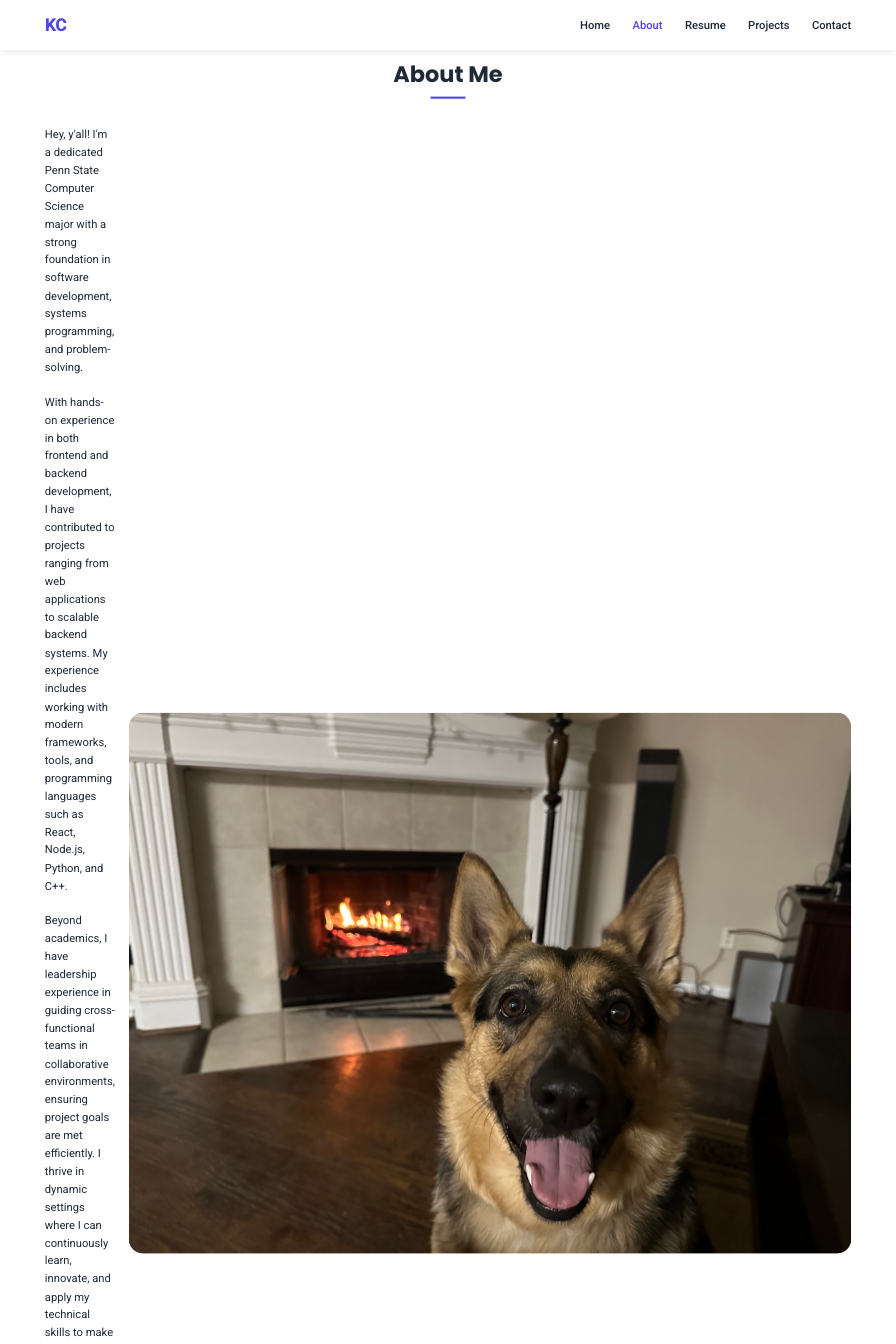
Repository: itskevbo/E-Portfolio
Page: pages/about.html
The author's editor kept a copy of each file at every save. The page is drawn from the files as they stood at one save, then again after the next save.
The browser window is 1280 px wide. The pictures show the part of the page from y = 0 to 1920 px (the page is 3343 px tall before and 1372 px after), at 70% of full size.

Above is the page before, as saved 2025-04-22 22:47:27.

### pages/about.html
<!DOCTYPE html>
<html lang="en">
<head>
    <meta charset="UTF-8">
    <meta name="viewport" content="width=device-width, initial-scale=1.0">
    <title>Kevin Cai | About Me</title>
    <meta name="description" content="Learn more about Kevin Cai and his background">

    <!-- Favicon -->
    <link rel="icon" href="../assets/images/favicon.ico">

    <!-- CSS -->
    <link rel="stylesheet" href="../styles/main.css">

    <!-- Google Fonts -->
    <link rel="preconnect" href="https://fonts.googleapis.com">
    <link rel="preconnect" href="https://fonts.gstatic.com" crossorigin>
    <link href="https://fonts.googleapis.com/css2?family=Poppins:wght@300;400;500;700&family=Roboto:wght@400;500&display=swap" rel="stylesheet">
</head>
<body>
    <!-- Header Component -->
    <header class="header" id="header">
        <div class="container">
            <div class="header__logo">
                <a href="../index.html" class="logo">KC</a>
            </div>

            <nav class="header__nav" id="nav-menu">
                <ul class="header__nav-list">
                    <li class="header__nav-item"><a href="../index.html" class="header__nav-link">Home</a></li>
                    <li class="header__nav-item"><a href="about.html" class="header__nav-link active">About</a></li>
                    <li class="header__nav-item"><a href="resume.html" class="header__nav-link">Resume</a></li>
                    <li class="header__nav-item"><a href="projects.html" class="header__nav-link">Projects</a></li>
                    <li class="header__nav-item"><a href="contact.html" class="header__nav-link">Contact</a></li>
                </ul>

                <div class="header__nav-toggle" id="nav-toggle">
                    <span></span>
                    <span></span>
                    <span></span>
                </div>
            </nav>
        </div>
    </header>

    <main>
        <!-- About Section Component -->
        <section class="about section" id="about">
            <div class="container">
            <h2 class="section__title">About Me</h2>
            <div class="about__content" style="display: flex; align-items: center; gap: 20px;">
                <div class="about__text" style="flex: 0;">
                <p>Hey, y'all! I'm a dedicated Penn State Computer Science major with a strong foundation in software development, systems programming, and problem-solving.</p>
                <p>With hands-on experience in both frontend and backend development, I have contributed to projects ranging from web applications to scalable backend systems. My experience includes working with modern frameworks, tools, and programming languages such as React, Node.js, Python, and C++.</p>
                <p>Beyond academics, I have leadership experience in guiding cross-functional teams in collaborative environments, ensuring project goals are met efficiently. I thrive in dynamic settings where I can continuously learn, innovate, and apply my technical skills to make a meaningful difference.</p>
                <p>In my free time, I enjoy exploring emerging technologies, participating in hackathons, and contributing to open-source projects. I am committed to personal and professional growth, always seeking opportunities to expand my knowledge and refine my craft.</p>
                </div>
                <div class="about__image" style="flex: 1; overflow: hidden; border-radius: 20px; display: flex; justify-content: center; align-items: center;">
                <img src="../assets/images/placeholder.jpeg" alt="About Image" class="about__image-img" style="width: 100%; height: auto; object-fit: cover; border-radius: inherit;">
                </div>
            </div>
            </div>
        </section>

        <!-- Skills Section Component -->
        <section class="skills section" id="skills">
            <div class="container">
                <h2 class="section__title">My Skills</h2>
                <div class="skills__content">
                    <div class="skills__category">
                        <h3 class="skills__category-title">Frontend</h3>
                        <div class="skills__list">
                            <div class="skill-item">
                                <span class="skill-item__name">HTML</span>
                                <div class="skill-item__bar">
                                    <div class="skill-item__progress" style="width: 90%"></div>
                                </div>
                            </div>
                            <div class="skill-item">
                                <span class="skill-item__name">CSS</span>
                                <div class="skill-item__bar">
                                    <div class="skill-item__progress" style="width: 85%"></div>
                                </div>
                            </div>
                            <div class="skill-item">
                                <span class="skill-item__name">JavaScript</span>
                                <div class="skill-item__bar">
                                    <div class="skill-item__progress" style="width: 80%"></div>
                                </div>
                            </div>
                            <div class="skill-item">
                                <span class="skill-item__name">React</span>
                                <div class="skill-item__bar">
                                    <div class="skill-item__progress" style="width: 70%"></div>
                                </div>
                            </div>
                        </div>
                    </div>

                    <div class="skills__category">
                        <h3 class="skills__category-title">Backend</h3>
                        <div class="skills__list">
                            <div class="skill-item">
                                <span class="skill-item__name">Python</span>
                                <div class="skill-item__bar">
                                    <div class="skill-item__progress" style="width: 75%"></div>
                                </div>
                            </div>
                            <div class="skill-item">
                                <span class="skill-item__name">C/C++</span>
                                <div class="skill-item__bar">
                                    <div class="skill-item__progress" style="width: 70%"></div>
                                </div>
                            </div>
                            <div class="skill-item">
                                <span class="skill-item__name">Node.js</span>
                                <div class="skill-item__bar">
                                    <div class="skill-item__progress" style="width: 70%"></div>
                                </div>
                            </div>
                            <div class="skill-item">
                                <span class="skill-item__name">Java</span>
                                <div class="skill-item__bar">
                                    <div class="skill-item__progress" style="width: 60%"></div>
                                </div>
                            </div>
                        </div>
                    </div>

                    <div class="skills__category">
                        <h3 class="skills__category-title">Tools & Others</h3>
                        <div class="skills__list">
                            <div class="skill-item">
                                <span class="skill-item__name">Git & GitHub</span>
                                <div class="skill-item__bar">
                                    <div class="skill-item__progress" style="width: 90%"></div>
                                </div>
                            </div>
                            <div class="skill-item">
                                <span class="skill-item__name">Responsive Design</span>
                                <div class="skill-item__bar">
                                    <div class="skill-item__progress" style="width: 85%"></div>
                                </div>
                            </div>
                            <div class="skill-item">
                                <span class="skill-item__name">Figma</span>
                                <div class="skill-item__bar">
                                    <div class="skill-item__progress" style="width: 75%"></div>
                                </div>
                            </div>
                            <div class="skill-item">
                                <span class="skill-item__name">Docker</span>
                                <div class="skill-item__bar">
                                    <div class="skill-item__progress" style="width: 60%"></div>
                                </div>
                            </div>
                        </div>
                    </div>
                </div>
            </div>
        </section>
    </main>

    <!-- Footer Component -->
    <footer class="footer">
        <div class="container">
            <div class="footer__content">
                <p>&copy; 2025 Kevin Cai. All rights reserved.</p>
                <div class="footer__links">
                    <a href="#" class="footer__link">Privacy Policy</a>
                    <a href="#" class="footer__link">Terms of Service</a>
                </div>
            </div>
        </div>
    </footer>

    <!-- JS -->
    <script src="../scripts/main.js"></script>
</body>
</html>

### styles/main.css
/*=============== VARIABLES ===============*/
:root {
    /* Colors */
    --primary-color: #4f46e5;
    --primary-color-alt: #2f24a5;
    --secondary-color: #3b82f6;
    --accent-color: #8b5cf6;
    --text-color: #1f2937;
    --text-color-light: #6b7280;
    --body-color: #ffffff;
    --container-color: #f9fafb;
    --border-color: #e5e7eb;
    --success-color: #10b981;
    --error-color: #ef4444;

    /* Typography */
    --body-font: 'Roboto', sans-serif;
    --heading-font: 'Poppins', sans-serif;
    --h1-font-size: 2.5rem;
    --h2-font-size: 2rem;
    --h3-font-size: 1.5rem;
    --normal-font-size: 1rem;
    --small-font-size: 0.875rem;
    --smaller-font-size: 0.75rem;

    /* Font weights */
    --font-light: 300;
    --font-regular: 400;
    --font-medium: 500;
    --font-bold: 700;

    /* Z-index */
    --z-tooltip: 10;
    --z-fixed: 100;

    /* Transitions */
    --transition: all 0.3s ease;
}

/*=============== BASE ===============*/
* {
    margin: 0;
    padding: 0;
    box-sizing: border-box;
}

html {
    scroll-behavior: smooth;
}

body {
    font-family: var(--body-font);
    font-size: var(--normal-font-size);
    color: var(--text-color);
    background-color: var(--body-color);
    line-height: 1.6;
}

h1, h2, h3 {
    font-family: var(--heading-font);
    font-weight: var(--font-bold);
    color: var(--text-color);
}

ul {
    list-style: none;
}

a {
    text-decoration: none;
    color: var(--text-color);
    transition: var(--transition);
}

a:hover {
    color: var(--primary-color);
}

img {
    max-width: 100%;
    height: auto;
}

button,
input,
textarea {
    font-family: var(--body-font);
    font-size: var(--normal-font-size);
    outline: none;
    border: none;
}

button {
    cursor: pointer;
    background: none;
}

/*=============== REUSABLE CLASSES ===============*/
.container {
    max-width: 1200px;
    margin: 0 auto;
    padding: 0 1.5rem;
}

.section {
    padding: 5rem 0;
}

.section__title {
    font-size: var(--h2-font-size);
    text-align: center;
    margin-bottom: 3rem;
    position: relative;
}

.section__title::after {
    content: '';
    position: absolute;
    width: 50px;
    height: 3px;
    background-color: var(--primary-color);
    bottom: -10px;
    left: 50%;
    transform: translateX(-50%);
}

.highlight {
    color: var(--primary-color);
}

.grid {
    display: grid;
    gap: 1.5rem;
}

/*=============== BUTTONS ===============*/
.btn {
    display: inline-flex;
    align-items: center;
    justify-content: center;
    padding: 0.75rem 1.5rem;
    border-radius: 0.5rem;
    font-weight: var(--font-medium);
    transition: var(--transition);
}

.btn-primary {
    background-color: var(--primary-color);
    color: white;
}

.btn-primary:hover {
    background-color: var(--primary-color-alt);
    color: white;
}

.btn-outline {
    border: 2px solid var(--primary-color);
    color: var(--primary-color);
}

.btn-outline:hover {
    background-color: var(--primary-color);
    color: white;
}

/*=============== HEADER & NAV ===============*/
.header {
    position: fixed;
    top: 0;
    left: 0;
    width: 100%;
    background-color: var(--body-color);
    box-shadow: 0 2px 10px rgba(0, 0, 0, 0.1);
    z-index: var(--z-fixed);
}

.header .container {
    display: flex;
    align-items: center;
    justify-content: space-between;
    height: 4.5rem;
}

.header__logo .logo {
    font-size: 1.5rem;
    font-weight: var(--font-bold);
    color: var(--primary-color);
}

.header__nav {
    display: flex;
    align-items: center;
}

.header__nav-list {
    display: flex;
    gap: 2rem;
}

.header__nav-link {
    font-weight: var(--font-medium);
}

.header__nav-link.active {
    color: var(--primary-color);
}

.header__nav-toggle {
    display: none;
    flex-direction: column;
    gap: 5px;
    cursor: pointer;
}

.header__nav-toggle span {
    width: 25px;
    height: 2px;
    background-color: var(--text-color);
    transition: var(--transition);
}

/*=============== HERO ===============*/
.hero {
    min-height: 100vh;
    display: flex;
    align-items: center;
    padding-top: 4.5rem;
}

.hero .container {
    display: grid;
    grid-template-columns: 1fr 1fr;
    align-items: center;
    gap: 2.5rem;
}

.hero__title {
    font-size: var(--h1-font-size);
    margin-bottom: 1rem;
}

.hero__subtitle {
    font-size: var(--h3-font-size);
    color: var(--primary-color);
    margin-bottom: 1.5rem;
}

.hero__description {
    margin-bottom: 2rem;
    max-width: 400px;
}

.hero__actions {
    display: flex;
    gap: 1rem;
}

.hero__image-placeholder {
    background-color: var(--border-color);
    border-radius: 1rem;
    height: 400px;
    width: 100%;
}

/*=============== ABOUT ===============*/
.about__content {
    display: grid;
    grid-template-columns: 1fr 1fr;
    gap: 2.5rem;
    align-items: center;
}

.about__text p {
    margin-bottom: 1.5rem;
}

.about__image-placeholder {
    background-color: var(--border-color);
    border-radius: 1rem;
    height: 400px;
    width: 100%;
}

/*=============== PROJECTS ===============*/
.projects__filter {
    display: flex;
    justify-content: center;
    flex-wrap: wrap;
    gap: 1rem;
    margin-bottom: 2rem;
}

.projects__filter-btn {
    padding: 0.5rem 1.5rem;
    border-radius: 0.5rem;
    color: var(--text-color);
    font-weight: var(--font-medium);
    transition: var(--transition);
}

.projects__filter-btn:hover,
.projects__filter-btn.active {
    background-color: var(--primary-color);
    color: white;
}

.projects__grid {
    display: grid;
    grid-template-columns: repeat(auto-fill, minmax(280px, 1fr));
    gap: 2rem;
}

.project-card {
    background-color: var(--container-color);
    border-radius: 1rem;
    overflow: hidden;
    box-shadow: 0 4px 15px rgba(0, 0, 0, 0.1);
    transition: var(--transition);
}

.project-card:hover {
    transform: translateY(-10px);
    box-shadow: 0 10px 25px rgba(0, 0, 0, 0.2);
}

.project-card__image-placeholder {
    background-color: var(--border-color);
    height: 200px;
    width: 100%;
}

.project-card__content {
    padding: 1.5rem;
}

.project-card__title {
    margin-bottom: 0.75rem;
}

.project-card__description {
    color: var(--text-color-light);
    margin-bottom: 1rem;
}

.project-card__tags {
    display: flex;
    flex-wrap: wrap;
    gap: 0.5rem;
    margin-bottom: 1rem;
}

.tag {
    background-color: rgba(79, 70, 229, 0.1);
    color: var(--primary-color);
    padding: 0.25rem 0.75rem;
    border-radius: 0.5rem;
    font-size: var(--small-font-size);
}

.project-card__links {
    display: flex;
    gap: 1rem;
}

.project-card__link {
    color: var(--text-color-light);
}

.project-card__link:hover {
    color: var(--primary-color);
}

/*=============== SKILLS ===============*/
.skills__content {
    display: grid;
    grid-template-columns: repeat(auto-fit, minmax(300px, 1fr));
    gap: 2rem;
}

.skills__category-title {
    margin-bottom: 1.5rem;
    position: relative;
    display: inline-block;
    padding-left: 1rem;
}

.skills__category-title::before {
    content: '';
    position: absolute;
    width: 3px;
    height: 100%;
    background-color: var(--primary-color);
    left: 0;
    top: 0;
}

.skills__list {
    display: grid;
    gap: 1rem;
}

.skill-item {
    display: grid;
    gap: 0.5rem;
}

.skill-item__name {
    display: flex;
    justify-content: space-between;
}

.skill-item__bar {
    width: 100%;
    height: 8px;
    background-color: var(--border-color);
    border-radius: 1rem;
    overflow: hidden;
}

.skill-item__progress {
    height: 100%;
    background-color: var(--primary-color);
    border-radius: 1rem;
}

/*=============== CONTACT ===============*/
.contact__content {
    display: grid;
    grid-template-columns: 1fr 2fr;
    gap: 2.5rem;
}

.contact__info {
    display: grid;
    gap: 2rem;
}

.contact__info-item {
    display: flex;
    align-items: center;
    gap: 1rem;
}

.contact__social {
    display: flex;
    gap: 1rem;
}

.contact__social-link {
    display: flex;
    align-items: center;
    justify-content: center;
    width: 40px;
    height: 40px;
    border-radius: 50%;
    background-color: var(--container-color);
    color: var(--text-color);
    transition: var(--transition);
}

.contact__social-link:hover {
    background-color: var(--primary-color);
    color: white;
}

.contact__form {
    display: grid;
    gap: 1.5rem;
}

.form-group {
    display: grid;
    gap: 0.5rem;
}

.form-group label {
    font-weight: var(--font-medium);
}

.form-group input,
.form-group textarea {
    width: 100%;
    padding: 0.75rem 1rem;
    border: 1px solid var(--border-color);
    border-radius: 0.5rem;
    background-color: var(--container-color);
    transition: var(--transition);
}

.form-group input:focus,
.form-group textarea:focus {
    border-color: var(--primary-color);
}

.form-group textarea {
    height: 150px;
    resize: none;
}

/*=============== FOOTER ===============*/
.footer {
    background-color: var(--container-color);
    padding: 2.5rem 0;
}

.footer__content {
    display: flex;
    justify-content: space-between;
    align-items: center;
}

.footer__links {
    display: flex;
    gap: 1.5rem;
}

/*=============== MEDIA QUERIES ===============*/
/* For medium devices */
@media screen and (max-width: 968px) {
    :root {
        --h1-font-size: 2.25rem;
        --h2-font-size: 1.75rem;
        --h3-font-size: 1.25rem;
    }

    .hero .container,
    .about__content {
        grid-template-columns: 1fr;
    }

    .hero__image {
        grid-row: 1;
    }

    .contact__content {
        grid-template-columns: 1fr;
    }
}

/* For small devices */
@media screen and (max-width: 768px) {
    .header__nav-list {
        position: fixed;
        top: 4.5rem;
        right: -100%;
        background-color: var(--body-color);
        width: 80%;
        height: 100vh;
        flex-direction: column;
        align-items: center;
        justify-content: center;
        padding: 3rem 0;
        box-shadow: -5px 0 15px rgba(0, 0, 0, 0.1);
        transition: var(--transition);
    }

    .header__nav-list.show-menu {
        right: 0;
    }

    .header__nav-toggle {
        display: flex;
    }

    .header__nav-toggle.active span:nth-child(1) {
        transform: rotate(45deg) translate(5px, 5px);
    }

    .header__nav-toggle.active span:nth-child(2) {
        opacity: 0;
    }

    .header__nav-toggle.active span:nth-child(3) {
        transform: rotate(-45deg) translate(5px, -5px);
    }

    .footer__content {
        flex-direction: column;
        gap: 1rem;
    }
}

/* For smaller devices */
@media screen and (max-width: 350px) {
    :root {
        --h1-font-size: 2rem;
        --h2-font-size: 1.5rem;
        --h3-font-size: 1.25rem;
    }

    .container {
        padding: 0 1rem;
    }

    .hero__actions {
        flex-direction: column;
        width: 100%;
    }

    .hero__actions .btn {
        width: 100%;
        text-align: center;
    }

    .projects__filter {
        flex-direction: column;
        width: 100%;
    }
}

Loaded but not shown: scripts/main.js (180 lines, source omitted)

After the next save:
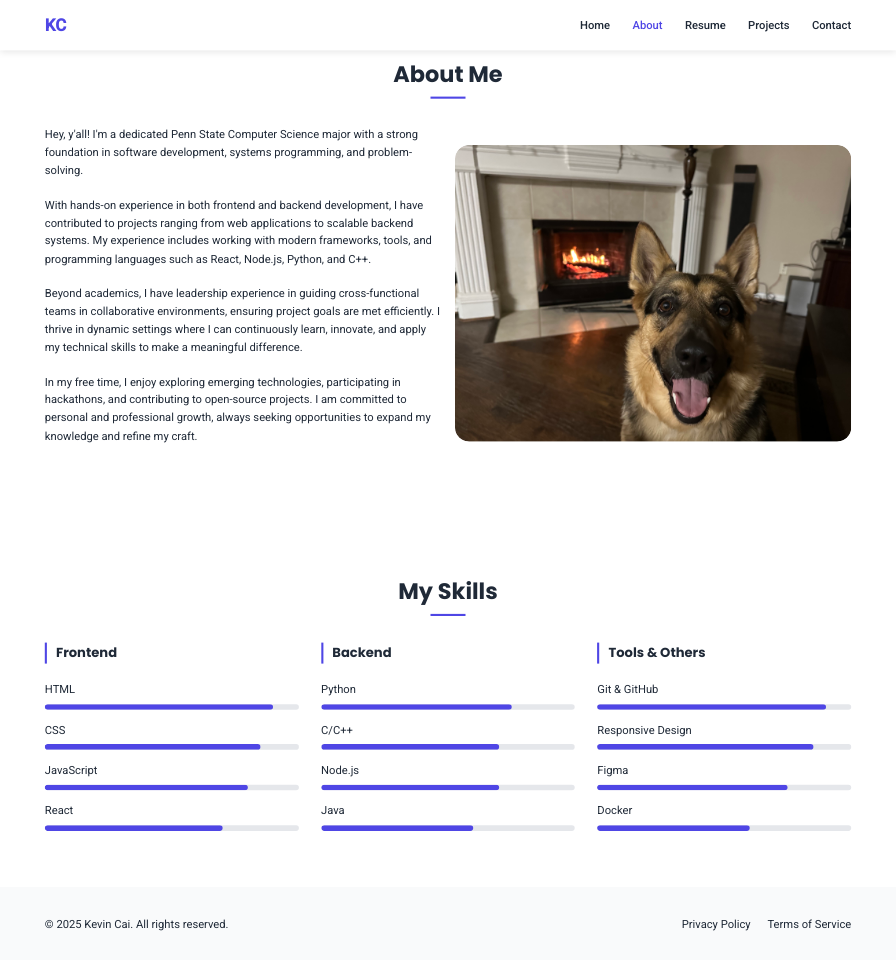
Saved 5 s later.
--- a/pages/about.html
+++ b/pages/about.html
@@ -49,7 +49,7 @@
             <div class="container">
             <h2 class="section__title">About Me</h2>
             <div class="about__content" style="display: flex; align-items: center; gap: 20px;">
-                <div class="about__text" style="flex: 0;">
+                <div class="about__text" style="flex: 1;">
                 <p>Hey, y'all! I'm a dedicated Penn State Computer Science major with a strong foundation in software development, systems programming, and problem-solving.</p>
                 <p>With hands-on experience in both frontend and backend development, I have contributed to projects ranging from web applications to scalable backend systems. My experience includes working with modern frameworks, tools, and programming languages such as React, Node.js, Python, and C++.</p>
                 <p>Beyond academics, I have leadership experience in guiding cross-functional teams in collaborative environments, ensuring project goals are met efficiently. I thrive in dynamic settings where I can continuously learn, innovate, and apply my technical skills to make a meaningful difference.</p>
